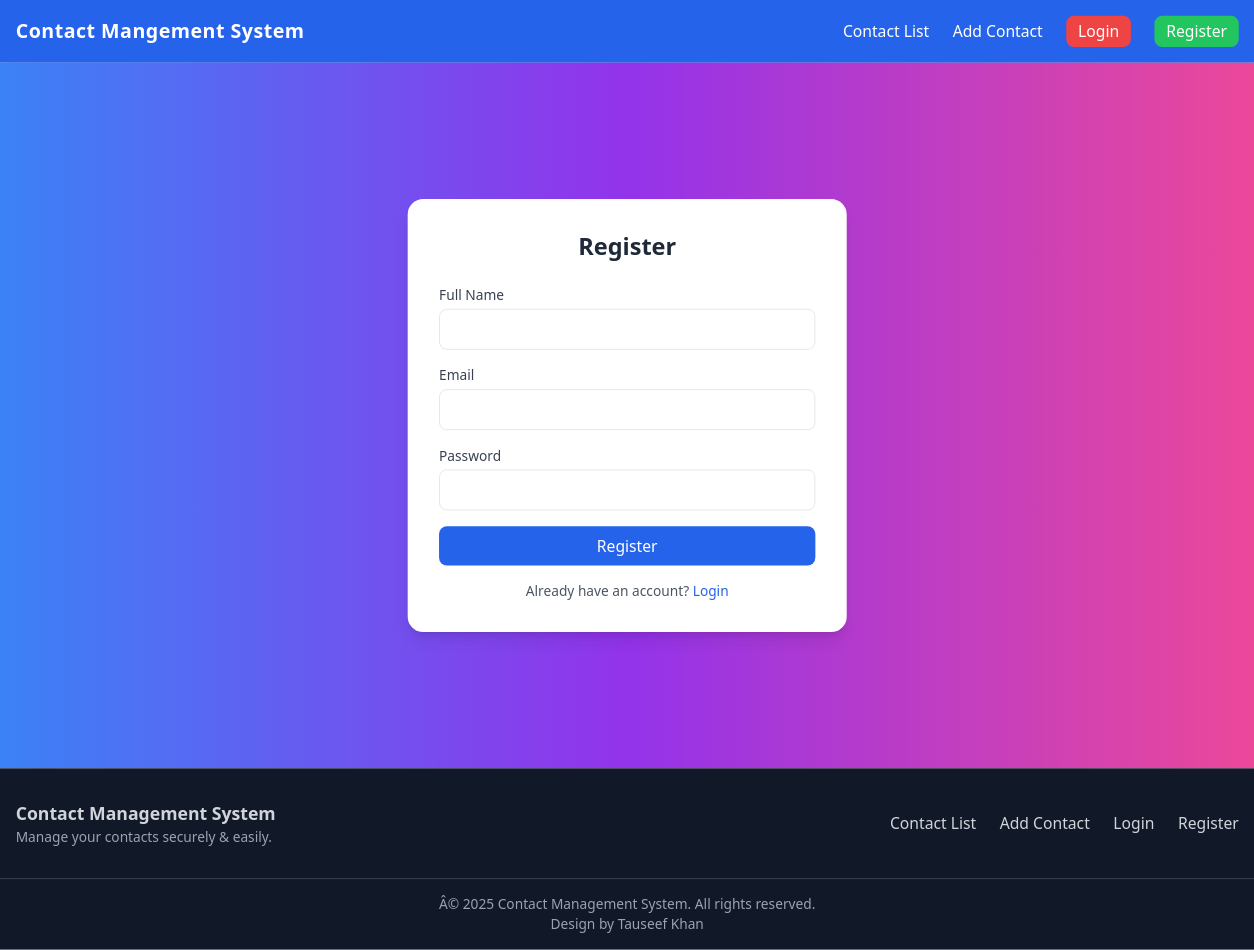
Repository: tauseefthedeveloper/ContactManagementSystem
Page: http://localhost/ContactManagementSystem/register.jsp
The author's editor kept a copy of each file at every save. The page is drawn from the files as they stood at one save, then again after the next save.
The browser window is 1280 px wide. The pictures show the whole page, at 98% of full size.
Some web libraries are served in a nearby version. The page is served by Tomcat 9.

Above is the page before, as saved 2025-09-01 13:00:12.

After the next save:
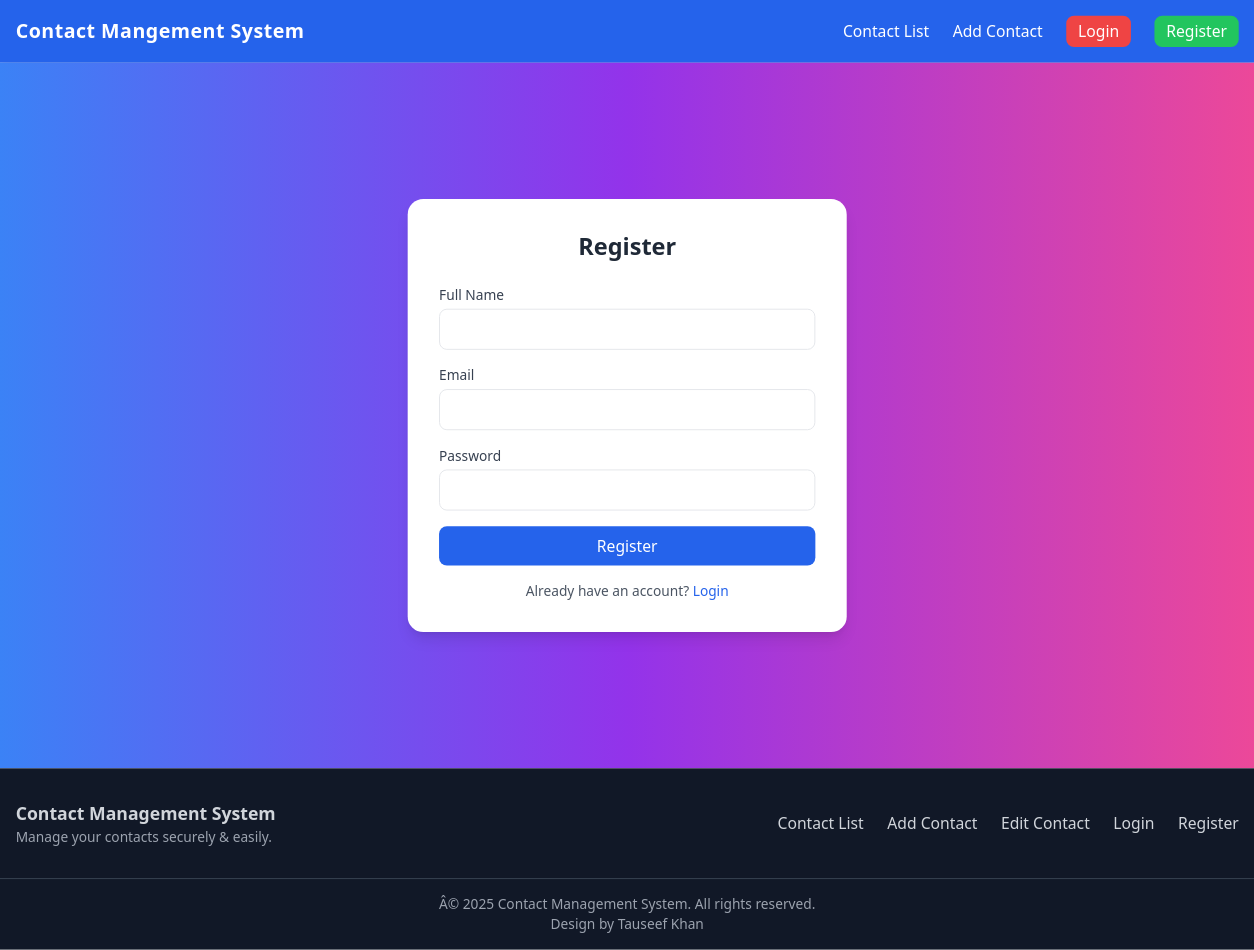
Saved 83 s later.
--- a/ContactManagementSystem/src/main/webapp/footer.jsp
+++ b/ContactManagementSystem/src/main/webapp/footer.jsp
@@ -12,6 +12,7 @@
     <div class="flex justify-center space-x-6">
       <a href="#!" class="hover:text-white">Contact List</a>
       <a href="#!" class="hover:text-white">Add Contact</a>
+      <a href="#!" class="hover:text-white">Edit Contact</a>
       <a href="#!" class="hover:text-white">Login</a>
       <a href="#!" class="hover:text-white">Register</a>
     </div>
